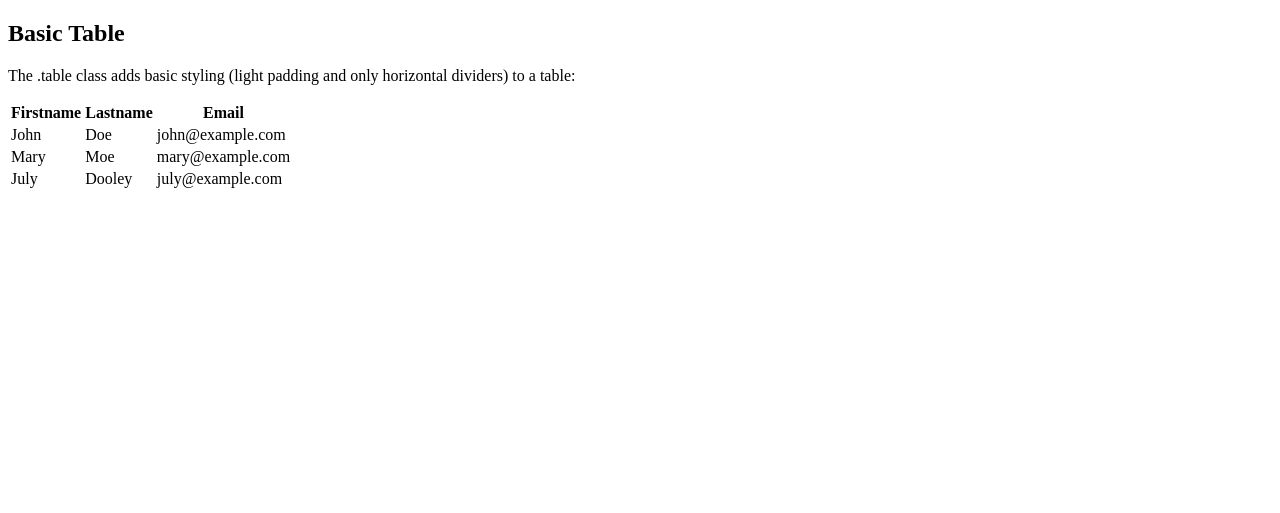
Repository: jjjikolpp/Developer
Page: http://localhost/myProject/include.jsp
The author's editor kept a copy of each file at every save. The page is drawn from the files as they stood at one save, then again after the next save.
The browser window is 1280 px wide. The pictures show the whole page.
The page is served by Tomcat 9. Other server files are loaded and not shown.

Above is the page before, as saved 2017-03-02 23:56:14.

### myProject/src/main/webapp/include.jsp
<%@ page language="java" contentType="text/html; charset=UTF-8"
    pageEncoding="UTF-8"%>
<!DOCTYPE html PUBLIC "-//W3C//DTD HTML 4.01 Transitional//EN" "http://www.w3.org/TR/html4/loose.dtd">
<html>
<head>
<meta http-equiv="Content-Type" content="text/html; charset=UTF-8">
<title>Insert title here</title>
</head>
<body>
<div class="container bg-3">
  <h2>Basic Table</h2>
  <p>The .table class adds basic styling (light padding and only horizontal dividers) to a table:</p>
  <table class="table">
    <thead>
      <tr>
        <th>Firstname</th>
        <th>Lastname</th>
        <th>Email</th>
      </tr>
    </thead>
    <tbody>
      <tr>
        <td>John</td>
        <td>Doe</td>
        <td>john@example.com</td>
      </tr>
      <tr>
        <td>Mary</td>
        <td>Moe</td>
        <td>mary@example.com</td>
      </tr>
      <tr>
        <td>July</td>
        <td>Dooley</td>
        <td>july@example.com</td>
      </tr>
    </tbody>
  </table>
</div>
</body>
</html>

After the next save:
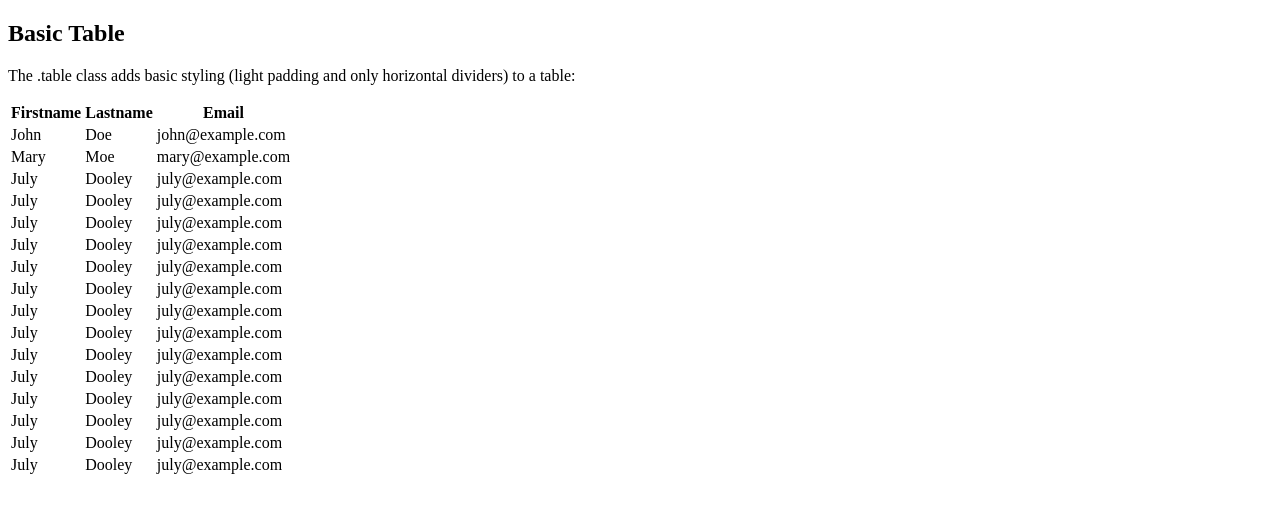
Saved 34 s later.
--- a/myProject/src/main/webapp/include.jsp
+++ b/myProject/src/main/webapp/include.jsp
@@ -34,6 +34,72 @@
         <td>Dooley</td>
         <td>july@example.com</td>
       </tr>
+      <tr>
+        <td>July</td>
+        <td>Dooley</td>
+        <td>july@example.com</td>
+      </tr>
+      <tr>
+        <td>July</td>
+        <td>Dooley</td>
+        <td>july@example.com</td>
+      </tr>
+      <tr>
+        <td>July</td>
+        <td>Dooley</td>
+        <td>july@example.com</td>
+      </tr>
+      <tr>
+        <td>July</td>
+        <td>Dooley</td>
+        <td>july@example.com</td>
+      </tr>
+      <tr>
+        <td>July</td>
+        <td>Dooley</td>
+        <td>july@example.com</td>
+      </tr>
+      <tr>
+        <td>July</td>
+        <td>Dooley</td>
+        <td>july@example.com</td>
+      </tr>
+      <tr>
+        <td>July</td>
+        <td>Dooley</td>
+        <td>july@example.com</td>
+      </tr>
+      <tr>
+        <td>July</td>
+        <td>Dooley</td>
+        <td>july@example.com</td>
+      </tr>
+      <tr>
+        <td>July</td>
+        <td>Dooley</td>
+        <td>july@example.com</td>
+      </tr>
+      <tr>
+        <td>July</td>
+        <td>Dooley</td>
+        <td>july@example.com</td>
+      </tr>
+      <tr>
+        <td>July</td>
+        <td>Dooley</td>
+        <td>july@example.com</td>
+      </tr>
+      <tr>
+        <td>July</td>
+        <td>Dooley</td>
+        <td>july@example.com</td>
+      </tr>
+      <tr>
+        <td>July</td>
+        <td>Dooley</td>
+        <td>july@example.com</td>
+      </tr>
+
     </tbody>
   </table>
 </div>

After the save that followed:
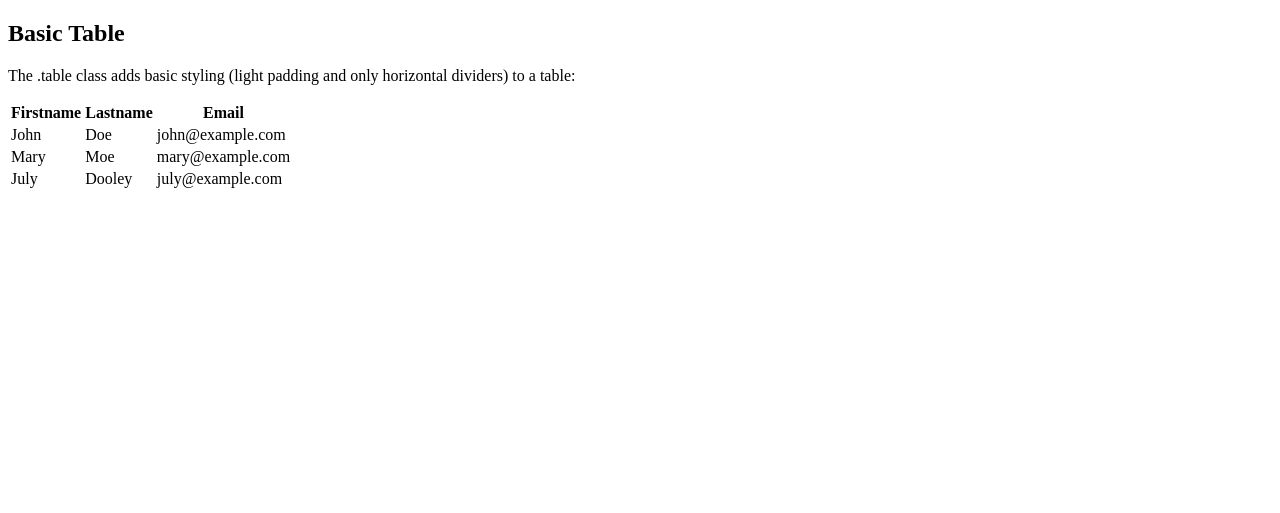
Saved 23 s later.
--- a/myProject/src/main/webapp/include.jsp
+++ b/myProject/src/main/webapp/include.jsp
@@ -34,72 +34,6 @@
         <td>Dooley</td>
         <td>july@example.com</td>
       </tr>
-      <tr>
-        <td>July</td>
-        <td>Dooley</td>
-        <td>july@example.com</td>
-      </tr>
-      <tr>
-        <td>July</td>
-        <td>Dooley</td>
-        <td>july@example.com</td>
-      </tr>
-      <tr>
-        <td>July</td>
-        <td>Dooley</td>
-        <td>july@example.com</td>
-      </tr>
-      <tr>
-        <td>July</td>
-        <td>Dooley</td>
-        <td>july@example.com</td>
-      </tr>
-      <tr>
-        <td>July</td>
-        <td>Dooley</td>
-        <td>july@example.com</td>
-      </tr>
-      <tr>
-        <td>July</td>
-        <td>Dooley</td>
-        <td>july@example.com</td>
-      </tr>
-      <tr>
-        <td>July</td>
-        <td>Dooley</td>
-        <td>july@example.com</td>
-      </tr>
-      <tr>
-        <td>July</td>
-        <td>Dooley</td>
-        <td>july@example.com</td>
-      </tr>
-      <tr>
-        <td>July</td>
-        <td>Dooley</td>
-        <td>july@example.com</td>
-      </tr>
-      <tr>
-        <td>July</td>
-        <td>Dooley</td>
-        <td>july@example.com</td>
-      </tr>
-      <tr>
-        <td>July</td>
-        <td>Dooley</td>
-        <td>july@example.com</td>
-      </tr>
-      <tr>
-        <td>July</td>
-        <td>Dooley</td>
-        <td>july@example.com</td>
-      </tr>
-      <tr>
-        <td>July</td>
-        <td>Dooley</td>
-        <td>july@example.com</td>
-      </tr>
-
     </tbody>
   </table>
 </div>
